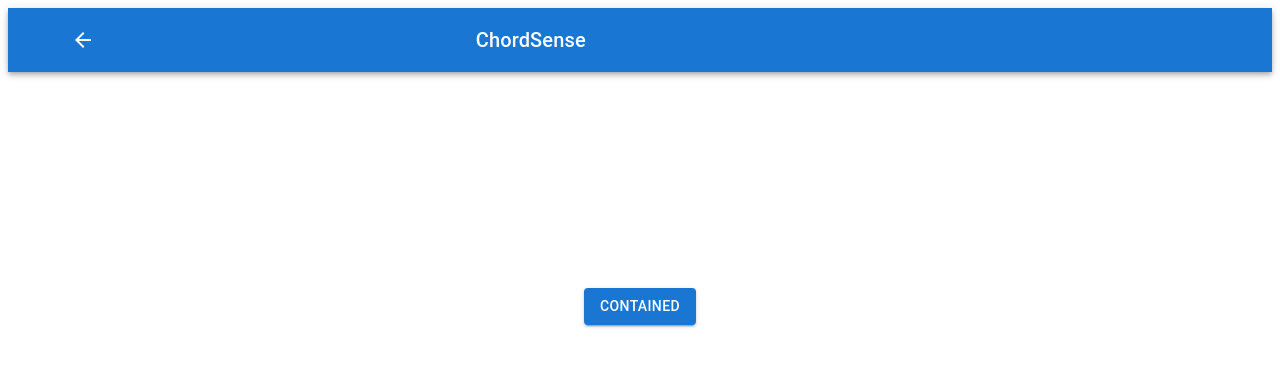
Repository: shamu332/ChordSense
Page: / (app in ui/)
These files come from the project's save history. The page is drawn as it stood at one moment and after the next save; the edit follows.
The browser window is 1280 px wide. The pictures show the whole page.
The project was rebuilt for these pictures with package versions that can differ from the ones it lists, and the page was loaded fresh each time. Also part of the build but not shown: ui/src/pages/Results.js.

Above is the page before, as saved 2023-03-11 14:29:17.

After the next save:
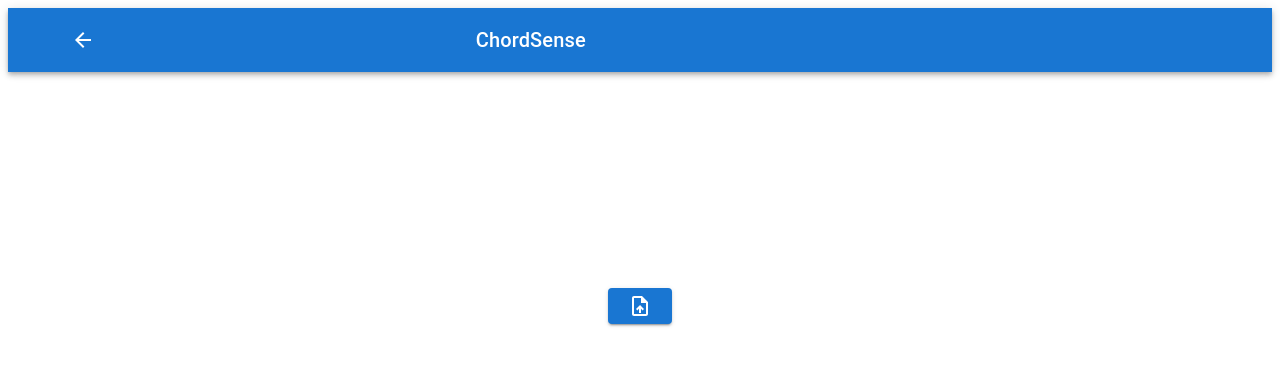
Saved 65 s later.
--- a/ui/src/pages/Landing.js
+++ b/ui/src/pages/Landing.js
@@ -45,7 +45,9 @@ function Scanner() {
               alignItems: "center",
             }}
           >
-            <Button variant="contained">Contained</Button>
+            <Button variant="contained">
+                <UploadFileIcon></UploadFileIcon>
+                </Button>
           </div>
           <div
             style={{
